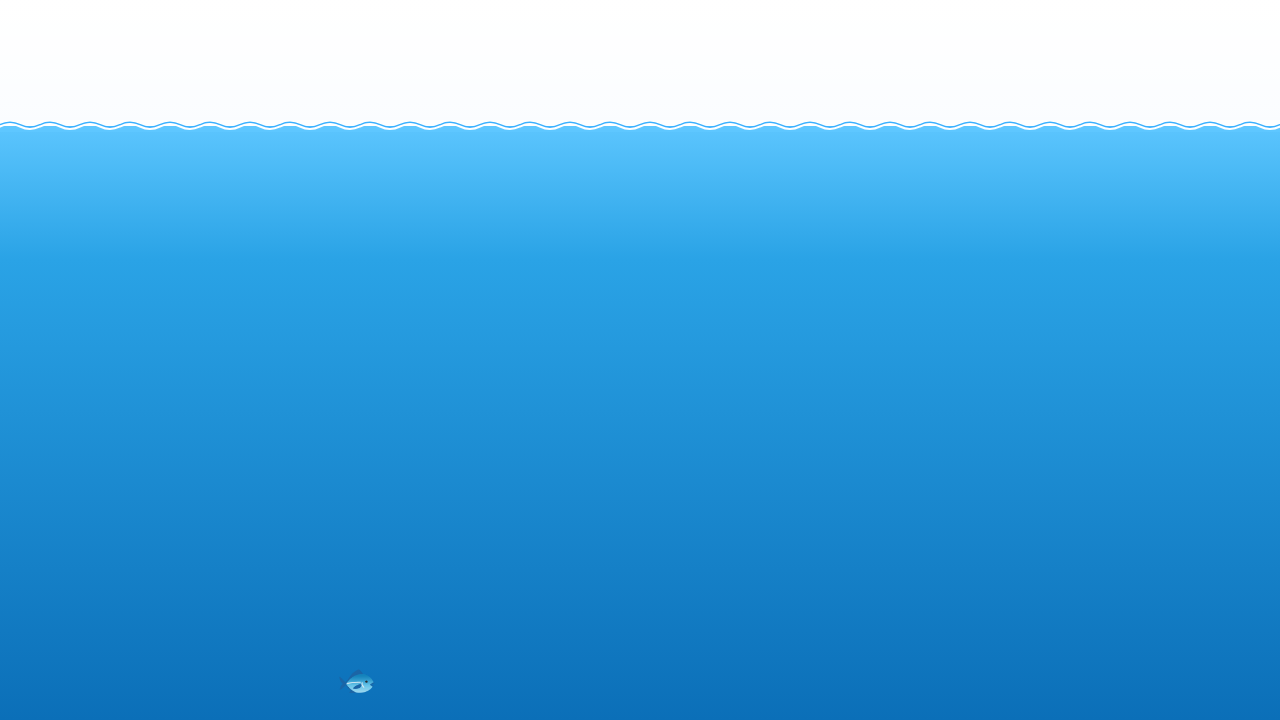
Repository: DeepFriedTurkey441/fd_game_project
Page: index.html
An editor plug-in stored every save of this project. The page is shown before and after the next save, followed by the edit.
The browser window is 1280 px wide. The pictures show the whole page.

Above is the page before, as saved 2025-09-22 13:59:36.

After the next save:
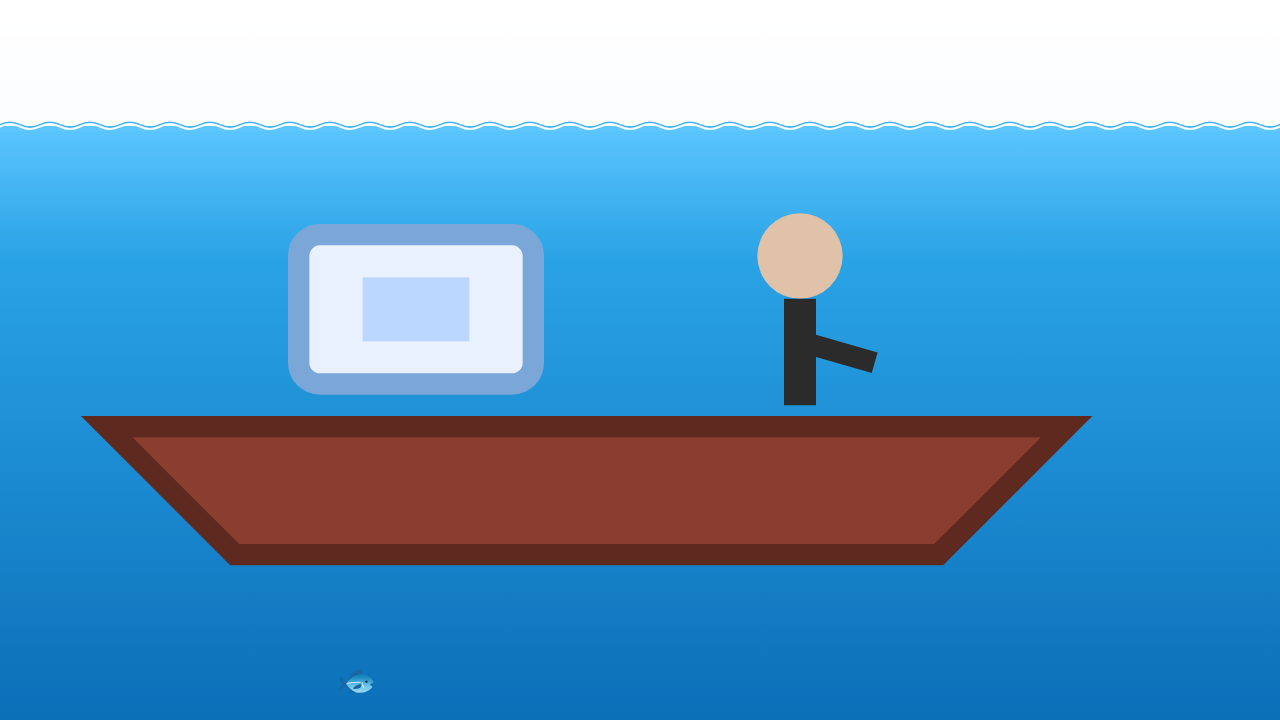
Saved 2 min 40 s later.
--- a/index.html
+++ b/index.html
@@ -9,6 +9,20 @@
   <div id="game">
     <div id="air" aria-hidden="true"></div>
     <div id="waterline" aria-hidden="true"></div>
+    <div class="boat" aria-label="small fishing boat" title="Fishing boat" style="left: 26vw;">
+      <svg viewBox="0 0 120 60" xmlns="http://www.w3.org/2000/svg" aria-hidden="true">
+        <!-- hull -->
+        <path d="M10 40 L100 40 L88 52 L22 52 Z" fill="#8b3e2f" stroke="#5e291f" stroke-width="2"/>
+        <!-- cabin -->
+        <rect x="28" y="22" width="22" height="14" rx="2" fill="#e9f1ff" stroke="#7aa7d8" stroke-width="2"/>
+        <rect x="34" y="26" width="10" height="6" fill="#bcd7ff"/>
+        <!-- fisherman (simple) -->
+        <circle cx="75" cy="24" r="4" fill="#e0c2a8"/>
+        <path d="M75 28 L75 38" stroke="#2b2b2b" stroke-width="3"/>
+        <path d="M75 32 L82 34" stroke="#2b2b2b" stroke-width="2"/>
+        <!-- mast/rod placeholder (lines/hooks later) -->
+      </svg>
+    </div>
     <div id="fish" aria-label="fish"><span class="sprite" aria-hidden="true">🐟</span></div>
   </div>
   <script src="script.js"></script>

After the save that followed:
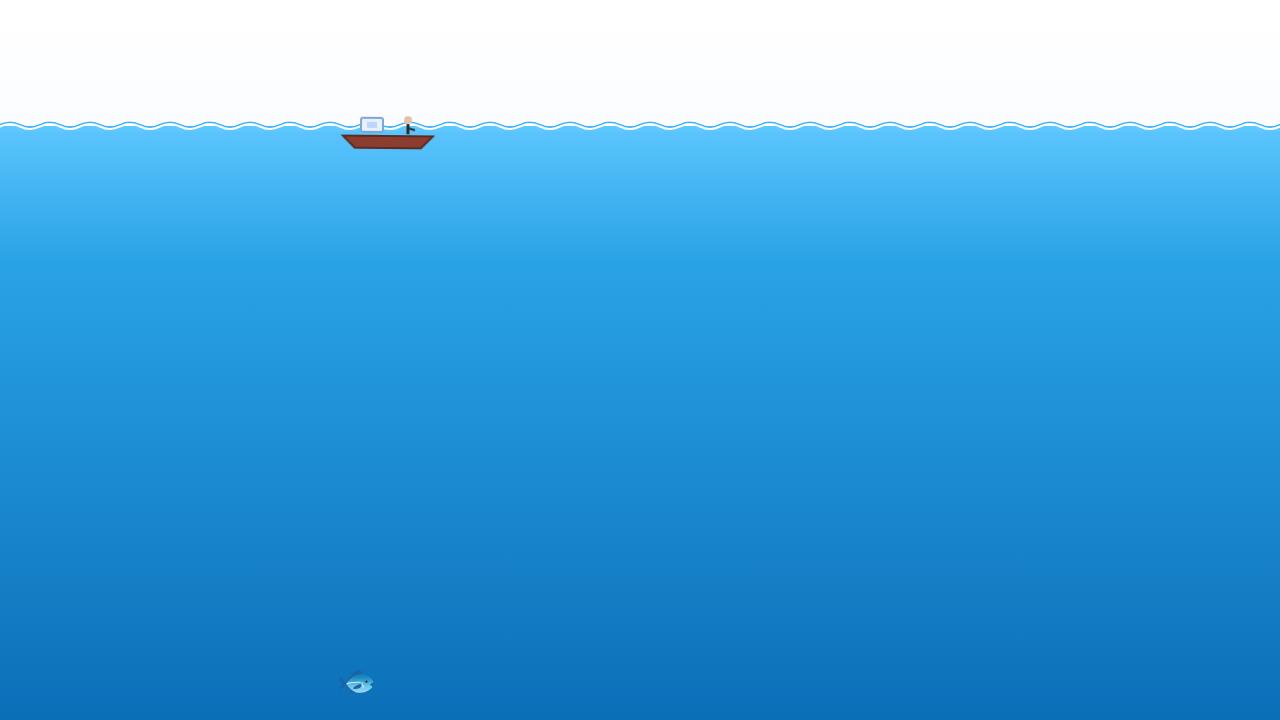
Saved 9 s later.
--- a/style.css
+++ b/style.css
@@ -41,6 +41,24 @@ body {
     background-size: 80px 12px, 100% 100%;
   }
 
+/* Boat at surface */
+.boat {
+    position: absolute;
+    top: calc(100vh / 6 - 22px); /* sit on the waterline */
+    width: 120px; height: 60px;
+    transform-origin: 50% 50%;
+    animation: bob 3.2s ease-in-out infinite;
+    z-index: 3; /* above line; fish swims under */
+    pointer-events: none;
+  }
+  .boat svg { width: 100%; height: 100%; display: block; }
+
+@keyframes bob {
+  0%   { transform: translateY(0) rotate(-0.6deg); }
+  50%  { transform: translateY(-2px) rotate(0.6deg); }
+  100% { transform: translateY(0) rotate(-0.6deg); }
+}
+
 #fish {
     position: absolute;
     left: 24px;
